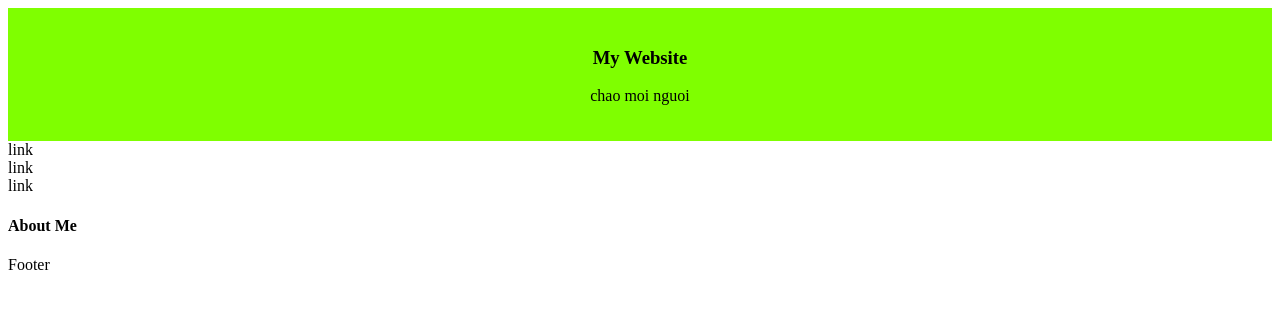
Repository: Lehuyhuynh/BTH2-CSS
Page: BTH2/index,.html
An editor plug-in stored every save of this project. The page is shown before and after the next save, followed by the edit.
The browser window is 1280 px wide. The pictures show the whole page.

Above is the page before, as saved 2023-08-09 23:03:14.

After the next save:
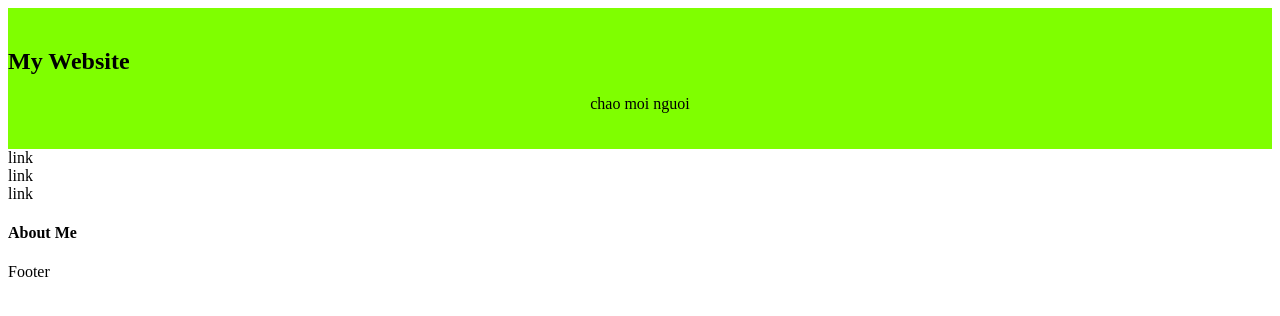
Saved 15 s later.
--- a/BTH2/index,.html
+++ b/BTH2/index,.html
@@ -8,7 +8,7 @@
 </head>
 <body>
   <div class="head">
-    <h3>My Website</h3>
+    <h2>My Website</h2>
     <p>chao moi nguoi</p>
   </div>
 
